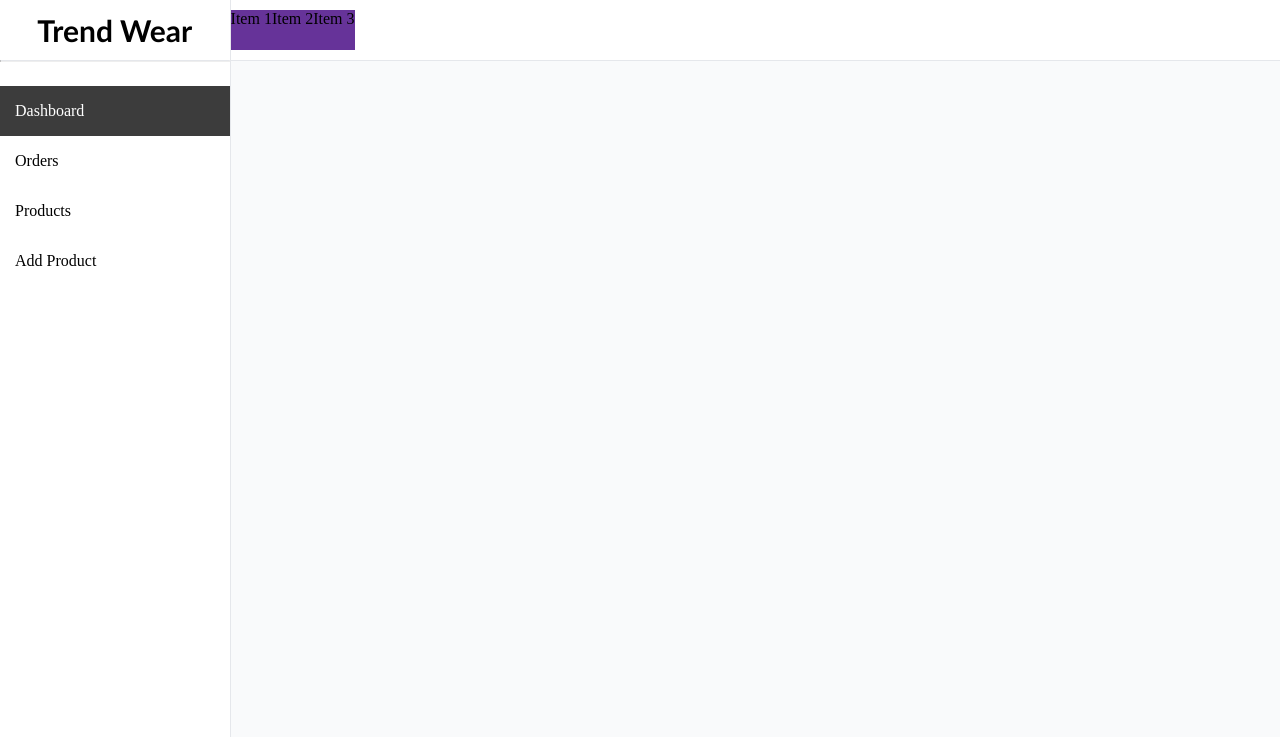
Repository: ahmad-dev7/TrendWear
Page: / (app in trend_wear_dashboard/)
An editor plug-in stored every save of this project. The page is shown before and after the next save, followed by the edit.
The browser window is 1280 px wide. The pictures show the whole page.
The project was rebuilt for these pictures with package versions that can differ from the ones it lists, and the page was loaded fresh each time. Also part of the build but not shown: trend_wear_dashboard/vite.config.ts.

Above is the page before, as saved 2025-01-19 18:21:40.

### trend_wear_dashboard/index.html
<!doctype html>
<html lang="en">

<head>
  <meta charset="UTF-8" />
  <link rel="icon" type="image/svg+xml" href="/vite.svg" />
  <meta name="viewport" content="width=device-width, initial-scale=1.0" />
  <title>Trend Wear</title>
</head>

<body>
  <div id="root"></div>
  <script type="module" src="/src/main.tsx"></script>
</body>

</html>

### trend_wear_dashboard/src/main.tsx
import { StrictMode } from "react";
import { createRoot } from "react-dom/client";
//import "bootstrap/dist/css/bootstrap.css";
import "./App.css";
import App from "./App.tsx";

createRoot(document.getElementById("root")!).render(
  <StrictMode>
    <App />
  </StrictMode>
);

### trend_wear_dashboard/src/App.css
body {
    background-color: #F9FAFB;
    padding: 0px;
    margin: 0px;

}

#parent {
    display: flex;
}

### trend_wear_dashboard/src/App.tsx
import Navbar from "./Navbar/Navbar";
import Sidebar from "./Sidebar/Sidebar";

function App() {
  return (
    <div id="parent">
      <Sidebar />
      <Navbar />
    </div>
  );
}

export default App;

### trend_wear_dashboard/src/Navbar/Navbar.tsx
import "./Navbar.css";
const Navbar = () => {
  return (
    <div id="top-navbar">
      <div className="nav-item">Item 1</div>
      <div className="nav-item">Item 2</div>
      <div className="nav-item">Item 3</div>
    </div>
  );
};

export default Navbar;

### trend_wear_dashboard/src/Sidebar/Sidebar.tsx
import "./Sidebar.css";
import SidebarContent from "./SidebarContent";

const Sidebar = () => {
  var tabs = ["Dashboard", "Orders", "Products", "Add Product"];

  const handleSelectTab = (tab: string) => {
    console.log(tab);
  };

  return (
    <div id="sidebar">
      <div className="header">Trend Wear</div>
      <hr />
      <ul id="sidebar-content">
        <SidebarContent tabs={tabs} onSelectTab={handleSelectTab} />
      </ul>
    </div>
  );
};

export default Sidebar;

### trend_wear_dashboard/src/Navbar/Navbar.css
#top-navbar {
    position: relative;
    width: 100%;
    height: 40px;
    background-color: white;
    padding: 10px 0px 10px 0px;
    border-bottom: 1px solid #e5e7eb;
}

.nav-item {
    width: 500;
    height: 100%;
    background-color: rebeccapurple;
    display: inline-flex;
    justify-content: space-around;
}

### trend_wear_dashboard/src/Sidebar/sidebar.css
/* Sidebar body */
#sidebar {
    background-color: white;
    width: 280px;
    height: 99vh;
    padding: 12px 0px 12px 0px;
    border-right: 1px solid #e5e7eb;
}

/* Header with title [Trend Wear] */
#sidebar .header {
    height: 40px;
    font-size: 30px;
    text-align: center;
    font-weight: bold;
    font-family: 'Gill Sans', 'Gill Sans MT', Calibri, 'Trebuchet MS', sans-serif;
}

/* Divider between header and navbar */
#sidebar hr {
    border-top: 1px solid #e5e7eb;
}

#sidebar-content {
    list-style-type: none;
    margin-top: 24px;
    padding: 0px;
    cursor: pointer;
}



#sidebar-content .tab {
    height: 50px;
    color: black;
    display: flex;
    align-items: center;
    justify-content: flex-start;
    padding-left: 15px;
}

#sidebar-content .active {
    background-color: #3c3c3c;
    color: white;
}

#sidebar-content .tab:hover:not(.active) {
    background-color: #eaeaea;
}

### trend_wear_dashboard/src/Sidebar/SidebarContent.tsx
import "./Sidebar.css";
import { useState } from "react";

interface Props {
  tabs: string[];
  onSelectTab: (tab: string) => void;
}

const SidebarContent = ({ tabs, onSelectTab }: Props) => {
  const [active, setTab] = useState("Dashboard");
  return (
    <>
      {tabs.map((tab) => (
        <li
          key={tab}
          className={"tab " + (tab == active && "active")}
          onClick={() => {
            setTab(tab);
            onSelectTab(tab);
          }}
        >
          {tab}
        </li>
      ))}
    </>
  );
};

export default SidebarContent;

After the next save:
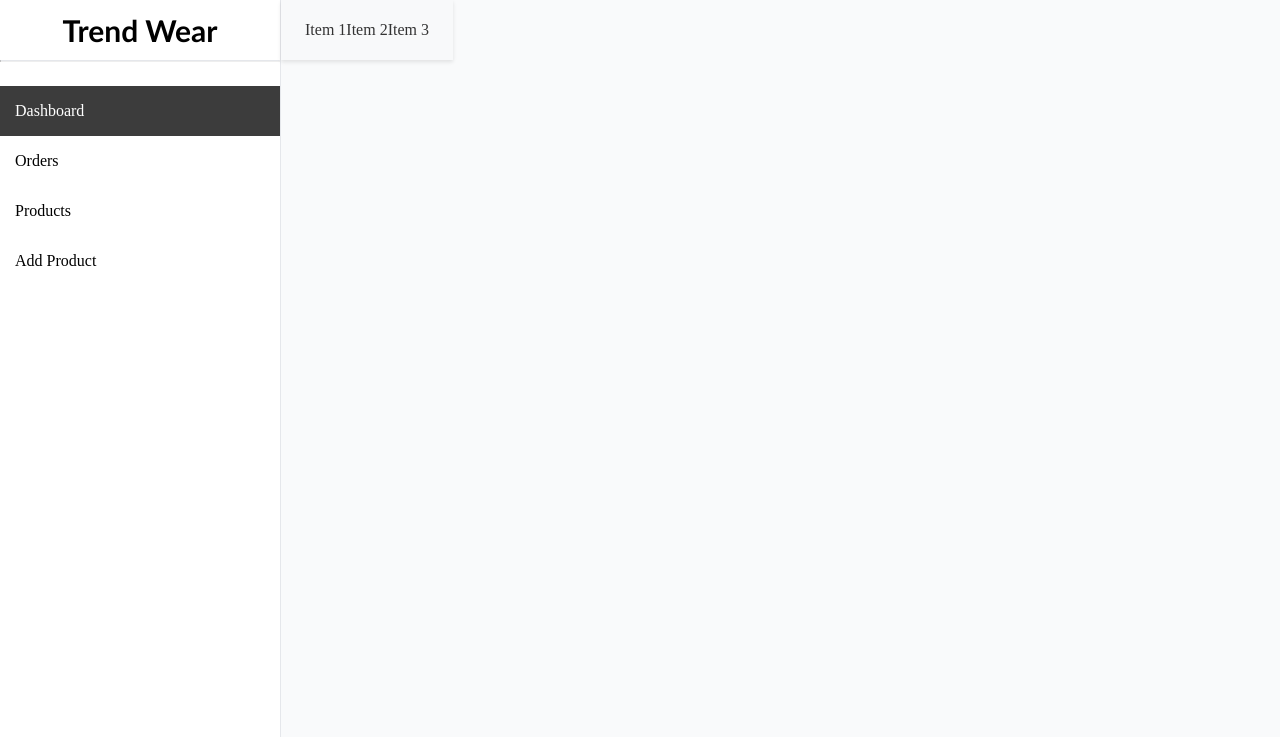
Saved 17 min 45 s later.
--- a/trend_wear_dashboard/src/Navbar/Navbar.css
+++ b/trend_wear_dashboard/src/Navbar/Navbar.css
@@ -1,16 +1,32 @@
+/* Navbar.css */
 #top-navbar {
-    position: relative;
-    width: 100%;
-    height: 40px;
-    background-color: white;
-    padding: 10px 0px 10px 0px;
-    border-bottom: 1px solid #e5e7eb;
+    display: flex;
+    justify-content: space-between;
+    /* Ensures items are spaced evenly */
+    align-items: center;
+    /* Vertically aligns items in the center */
+    padding: 0 24px;
+    /* Horizontal padding of 24px */
+    background-color: #f8f9fa;
+    /* Optional: Add a background color */
+    height: 60px;
+    /* Optional: Define a height for the navbar */
+    box-shadow: 0px 2px 4px rgba(0, 0, 0, 0.1);
+    /* Optional: Add a shadow for aesthetics */
 }
 
 .nav-item {
-    width: 500;
-    height: 100%;
-    background-color: rebeccapurple;
-    display: inline-flex;
-    justify-content: space-around;
+    font-size: 16px;
+    /* Optional: Define font size for items */
+    color: #333;
+    /* Optional: Set text color */
+    text-decoration: none;
+    /* Ensures no underline for links */
+    cursor: pointer;
+    /* Adds pointer cursor on hover */
 }
+
+.nav-item:hover {
+    color: #007bff;
+    /* Optional: Change color on hover */
+}
